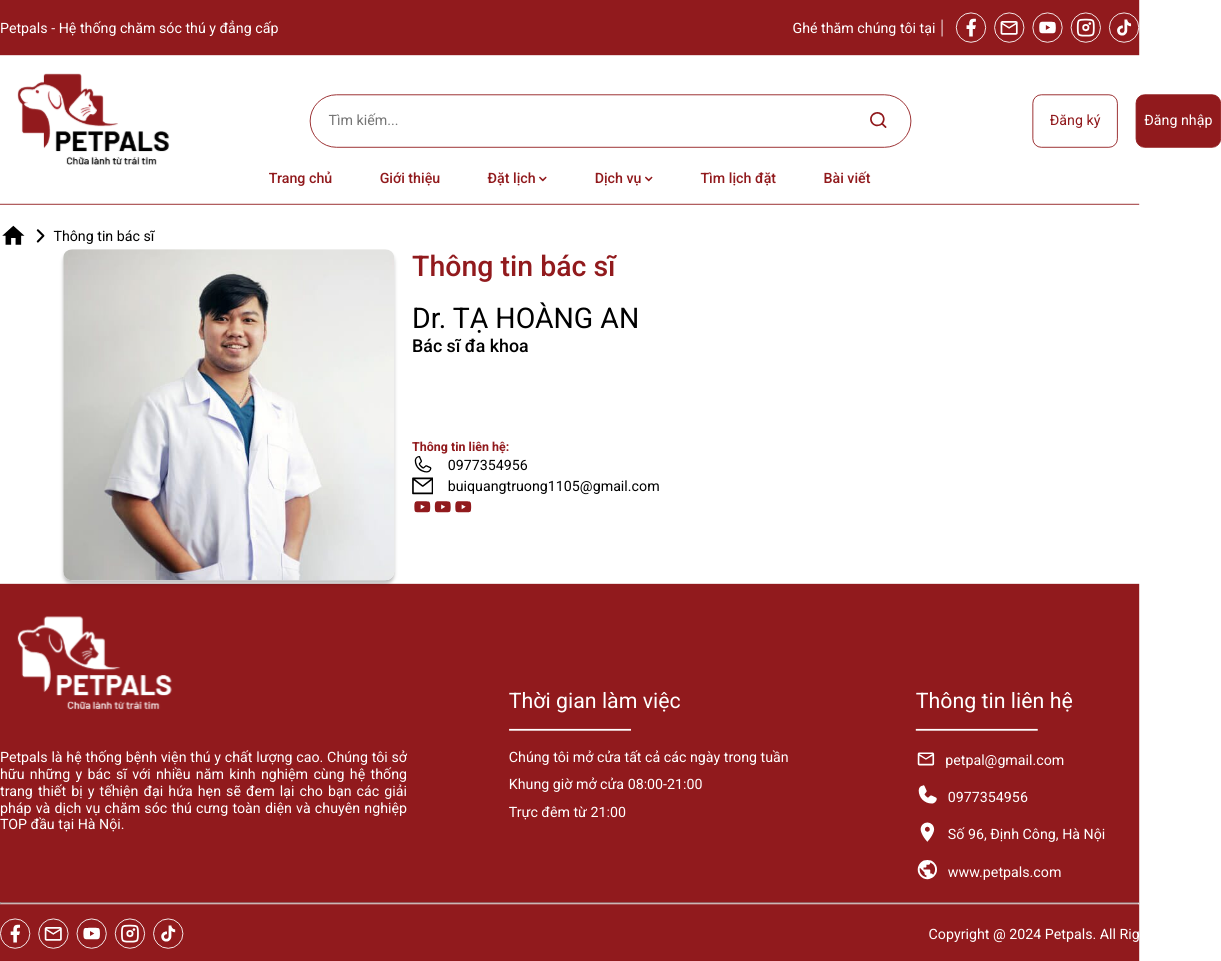
Repository: ahntrung1909/Petpals
Page: /chi-tiet-bac-si (app in petpals-user-main/)
These files come from the project's save history. The page is drawn as it stood at one moment and after the next save; the edit follows.
The browser window is 1280 px wide. The page is 1372 px wide, so the pictures cover 1372 px, including what lies to the right of the window. The pictures show the whole page, at 89% of full size.
The project was rebuilt for these pictures with package versions that can differ from the ones it lists, and the page was loaded fresh each time. The framework's server and built-in components were replaced by stand-ins that run in the browser. Also part of the build but not shown: petpals-user-main/next.config.js, petpals-user-main/next.config.mjs.

Above is the page before, as saved 2024-04-14 13:12:53.

### petpals-user-main/src/app/layout.js
import { Footer } from "@/components/Footer/Footer";
import "./global.scss";
import { Header } from "@/components/Header/Header";
import { ToastContainer } from "react-toastify";
import "react-toastify/dist/ReactToastify.css";
import { Button, ConfigProvider, Space } from "antd";

export const metadata = {
  title: "Petpals - Chữa lành từ trái tim",
  description: "Petpals",
};

export default function RootLayout({ children }) {
  return (
    <html lang="en">
      <body>
        <Header />
        <ToastContainer />
        <ConfigProvider
          theme={{
            token: {
              colorPrimary: "#911A1D",
              fontFamily: "Roboto",
            },
            components: {
              DatePicker: {
                inputFontSize: 16,
              },
              Menu: {
                itemBg: "transparent",
                subMenuItemBg: "transparent",
                activeBarBorderWidth: 0,
                itemSelectedBg: "rgba(145, 26, 29, 0.05)",
                itemBorderRadius: 0,
              },
            },
          }}
        >
          {children}
        </ConfigProvider>
        <Footer />
      </body>
    </html>
  );
}

### petpals-user-main/src/app/chi-tiet-bac-si/page.js
import React from "react";
import "./style.scss";

export default function page() {
  return (
    <main>
      <div className="breadcrumb">
        <img src="/icon/ic_baseline-home.svg" alt="" />
        <img src="/icon/iconamoon_arrow-right-2.svg" alt="" />
        <p>Thông tin bác sĩ</p>
      </div>
      <section className="doctor-information-section">
        <div className="information-wrapper">
          <div className="doctor-img">
            <img src="/img/doctor/hoang_an.jpg" alt="" />
          </div>
          <div className="col-right">
            <div className="information">
              <h3>Thông tin bác sĩ</h3>
              <p className="doctor-name">Dr. TẠ HOÀNG AN</p>
              <p className="doctor-position">Bác sĩ đa khoa</p>
            </div>
            <div className="contact-info">
              <h4>Thông tin liên hệ:</h4>
              <div className="contact-item">
                <img src="/icon/ph_phone.svg" alt="" />
                <p>0977354956</p>
              </div>
              <div className="contact-item">
                <img src="/icon/MailOutlined.svg" alt="" />
                <p>buiquangtruong1105@gmail.com</p>
              </div>
              <div className="social-media">
                <div className="social-media-icon">
                  <img src="/icon/mdi_youtube-brown.svg" alt="" />
                </div>
                <div className="social-media-icon">
                  <img src="/icon/mdi_youtube-brown.svg" alt="" />
                </div>
                <div className="social-media-icon">
                  <img src="/icon/mdi_youtube-brown.svg" alt="" />
                </div>
              </div>
            </div>
          </div>
        </div>
      </section>
    </main>
  );
}

### petpals-user-main/src/components/Footer/Footer.js
import { Socialicon } from "../Socialicon/Socialicon";
import "./style.scss";
export const Footer = () => {
  return (
    <footer>
      <div className="row row-1">
        <div className="logo">
          <img src="/img/logo_am_ban.svg" alt="" />
        </div>
        <div className="working-time">Thời gian làm việc</div>
        <div className=" contact-info">Thông tin liên hệ</div>
      </div>
      <div className="row">
        <div className="about">
          Petpals là hệ thống bệnh viện thú y chất lượng cao. Chúng tôi sở hữu
          những y bác sĩ với nhiều năm kinh nghiệm cùng hệ thống trang thiết bị
          y tếhiện đại hứa hẹn sẽ đem lại cho bạn các giải pháp và dịch vụ chăm
          sóc thú cưng toàn diện và chuyên nghiệp TOP đầu tại Hà Nội.
        </div>
        <ul className="working-time-more">
          <li>Chúng tôi mở cửa tất cả các ngày trong tuần</li>
          <li>Khung giờ mở cửa 08:00-21:00</li>
          <li>Trực đêm từ 21:00</li>
        </ul>
        <ul className="contact-info-more">
          <li className="contact-item">
            <span>
              <img src="/icon/material-symbols_mail-outline.svg" alt="" />
            </span>
            petpal@gmail.com
          </li>
          <li className="contact-item">
            <span>
              <img src="/icon/ph_phone-fill.svg" alt="" />
            </span>
            0977354956
          </li>
          <li className="contact-item">
            <span>
              <img src="/icon/mdi_location.svg" alt="" />
            </span>
            Số 96, Định Công, Hà Nội
          </li>
          <li className="contact-item">
            <span>
              <img src="/icon/mdi_earth.svg" alt="" />
            </span>
            www.petpals.com
          </li>
        </ul>
      </div>
      <hr />
      <div className="footer-bottom">
        <Socialicon />
        <div>Copyright @ 2024 Petpals. All Rights Reverved</div>
      </div>
    </footer>
  );
};

### petpals-user-main/src/app/global.scss
@import url("https://fonts.googleapis.com/css2?family=Roboto:ital,wght@0,100;0,300;0,400;0,500;0,700;0,900;1,100;1,300;1,400;1,500;1,700;1,900&display=swap");
@import "../style/variable";
* {
  padding: 0;
  margin: 0;
  box-sizing: border-box;
}
body {
  font-family: "Roboto", sans-serif;
  font-size: 16px;
}
a {
  text-decoration: none;
  color: black;
}
ul,
li {
  list-style: none;
}
input,
textarea {
  width: 100%;
  border: none;
  outline: none;
  font-family: "Roboto", sans-serif;
  font-size: 16px;
}
img {
  width: 100%;
}
button {
  font-family: "Roboto", sans-serif;
  font-size: 16px;
}
label {
  font-family: "Roboto", sans-serif;
  font-size: 16px;
}

// custom scroll bar
::-webkit-scrollbar-track {
  background-color: #f5f5f5;
}

::-webkit-scrollbar {
  width: 6px;
  height: 6px;
  background-color: #f5f5f5;
}

::-webkit-scrollbar-thumb {
  background-image: linear-gradient($BROWN_500, $RED_500);
  // border-radius: 10px;
}
::-webkit-scrollbar-thumb:horizontal {
  background-image: linear-gradient(to right, $BROWN_500, $RED_500);
  // border-radius: 10px;
}

### petpals-user-main/src/app/chi-tiet-bac-si/style.scss
@import "../../style/variable";
@import "../../style/base";

.doctor-information-section {
  width: 1138px;
  margin: 0 auto;
}
.information-wrapper {
  display: flex;
  gap: 20px;
  .doctor-img {
    img {
      width: 372px;
      height: 372px;
      border-radius: 10px;
      object-fit: cover;
      box-shadow: 0 4px 4px rgba(0, 0, 0, 0.25);
    }
  }
  .col-right {
    height: 327px;
    display: flex;
    flex-direction: column;
    justify-content: space-between;
    .information {
      h3 {
        color: $BROWN_500;
        font-size: 32px;
        font-weight: 500;
        margin-bottom: 20px;
      }
      .doctor-name {
        font-size: 32px;
        font-weight: 400;
      }
      .doctor-position {
        font-size: 20px;
        font-weight: 500;
      }
    }
    .contact-info {
      h4 {
        font-size: 14px;
        color: $BROWN_500;
        display: flex;
        flex-direction: column;
        gap: 16px;
      }
      .contact-item {
        img {
          width: 24px;
          height: 24px;
          margin-right: 6px;
        }
        p {
          font-size: 16px;
        }
      }
      .social-media {
        display: flex;
      }
    }
  }
}

### petpals-user-main/src/components/Socialicon/Socialicon.js
import "./style.scss";
export const Socialicon = () => {
  return (
    <div className="list-social-icon">
      <div className="icon-item">
        <img src="/icon/ri_facebook-fill.svg" alt="icon-facebook" />
      </div>
      <div className="icon-item">
        <img src="/icon/material-symbols_mail-outline.svg" alt="icon-mail" />
      </div>
      <div className="icon-item">
        <img src="/icon/mdi_youtube.svg" alt="icon-youtube" />
      </div>
      <div className="icon-item">
        <img src="/icon/lets-icons_insta.svg" alt="icon-insta" />
      </div>
      <div className="icon-item">
        <img src="/icon/ic_baseline-tiktok.svg" alt="icon-tiktok" />
      </div>
    </div>
  );
};

### petpals-user-main/src/components/Footer/style.scss
@import "../../style/variable";
footer {
  display: block;
  width: 100vw;
  height: 424px;
  background-color: $BROWN_500;
  padding: 20px 0;
}
.row {
  width: 1372px;
  margin: 0 auto;
  display: grid;
  grid-template-columns: repeat(12, 1fr);
  row-gap: 20px;
  color: white;
  margin-bottom: 20px;
}
.row-1 {
  align-items: flex-end;
}
.logo {
  width: 214px;
  grid-column: 1/5;
}
.working-time {
  grid-column: 6/10;
  position: relative;
  font-size: 24px;
  padding-bottom: 20px;
  &::after {
    content: "";
    width: 137px;
    height: 2px;
    background-color: white;
    position: absolute;
    left: 0;
    bottom: 0;
  }
}
.contact-info {
  position: relative;
  grid-column: 10/13;
  font-size: 24px;
  padding-bottom: 20px;
  &::after {
    content: "";
    width: 137px;
    height: 2px;
    background-color: white;
    position: absolute;
    left: 0;
    bottom: 0;
  }
}
.about {
  grid-column: 1/5;
  text-align: justify;
}
.working-time-more {
  grid-column: 6/10;
  display: flex;
  flex-direction: column;
  gap: 12px;
}
.contact-info-more {
  grid-column: 10/13;
  display: flex;
  flex-direction: column;
  gap: 12px;
}
.contact-item {
  display: flex;
  gap: 10px;
  align-items: center;
}
.footer-bottom {
  width: 1372px;
  margin: 0 auto;
  margin-top: 16px;
  color: white;
  display: flex;
  align-items: center;
  justify-content: space-between;
}

### petpals-user-main/src/style/_variable.scss
$BROWN_50: rgb(244, 232, 232);
$BROWN_100: rgb(221, 184, 185);
$BROWN_200: rgb(204, 150, 151);
$BROWN_300: rgb(181, 102, 104);
$BROWN_400: rgb(167, 72, 74);
$BROWN_500: rgb(145, 26, 29);
$BROWN_600: rgb(132, 24, 26);
$BROWN_700: rgb(103, 18, 21);
$BROWN_800: rgb(80, 14, 16);
$BROWN_900: rgb(61, 11, 12);
$RED_50: rgb(255, 247, 247);
$RED_100: rgb(255, 230, 231);
$RED_200: rgb(255, 217, 219);
$RED_300: rgb(255, 200, 202);
$RED_400: rgb(255, 189, 192);
$RED_500: rgb(255, 173, 176);
$RED_600: rgb(232, 157, 160);
$RED_700: rgb(181, 123, 125);
$RED_800: rgb(140, 95, 97);
$RED_900: rgb(107, 73, 74);
$BROWN_DARK_50: rgb(236, 233, 233);
$BROWN_DARK_100: rgb(195, 186, 186);
$BROWN_DARK_200: rgb(165, 152, 152);
$BROWN_DARK_300: rgb(124, 105, 106);
$BROWN_DARK_400: rgb(99, 76, 77);
$BROWN_DARK_500: rgb(60, 31, 32);
$BROWN_DARK_600: rgb(55, 28, 29);
$BROWN_DARK_700: rgb(43, 22, 23);
$BROWN_DARK_800: rgb(33, 17, 18);
$BROWN_DARK_900: rgba(25, 13, 13, 0.2);

### petpals-user-main/src/components/Header/style.scss
@import "../../style/_variable";

header {
  height: 230px;
  border-bottom: 1px solid $BROWN_500;
}
div:has(.wrap):nth-child(1) {
  background-color: $BROWN_500;
  height: 62px;
  display: flex;
  align-items: center;
}
.wrap {
  width: 1372px;
  margin: 0 auto;
}
.top-header {
  display: flex;
  justify-content: space-between;
  align-items: center;
  color: white;
}
.social-connect {
  display: flex;
  align-items: center;
  gap: 15px;
}
.social-connect > p {
  padding: 0px 7px;
  border-right: 1px solid white;
}
div:has(.wrap):nth-child(2) {
  padding-top: 18px;
}
.main-header {
  display: flex;
  align-items: center;
  justify-content: space-between;
}
.petpals-logo {
  display: block;
  width: 211px;
  height: 111px;
}
.header-main-right {
  display: flex;
  width: 1024px;
  justify-content: space-between;
  align-items: center;
}
.search-input {
  display: flex;
  position: relative;

  input {
    width: 676px;
    height: 60px;
    padding: 0px 60px 0px 20px;
    border: 1px solid $BROWN_500;
    border-radius: 99px;
    display: flex;
    justify-content: center;
    align-items: center;
  }
  .icon-item {
    right: 20px;
    top: 50%;
    transform: translateY(-50%);
    position: absolute;
    cursor: pointer;
  }
}
.btn-group {
  display: flex;
  gap: 20px;
  text-align: center;
  .btn {
    display: flex;
    justify-content: center;
    align-items: center;
    width: 96px;
    height: 60px;
    border: 1px solid $BROWN_500;
    border-radius: 10px;
    color: $BROWN_500;
  }
  .btn:nth-child(1):hover {
    background-color: $BROWN_500;
    color: white;
  }
  .btn:nth-child(2) {
    color: white;
    background-color: $BROWN_500;
    &:hover {
      background-color: $BROWN_300;
    }
  }
}
.nav {
  display: flex;
  align-items: center;
  justify-content: space-between;
  width: 676px;
  margin: 0 auto;
  color: $BROWN_500;
  font-weight: 500;
  z-index: 99;

  &-item {
    display: flex;
    position: relative;
    align-items: center;
    cursor: pointer;
    padding-bottom: 8px;
    &.active > span,
    &.active > a {
      font-weight: 900;
    }
    &:hover .sub-nav:not(.nav-2) {
      display: flex;
    }
    span {
      display: flex;
      justify-content: center;
      align-items: center;
      color: $BROWN_500;
    }
    a {
      display: flex;
      justify-content: center;
      align-items: center;
      color: $BROWN_500;
      width: 100%;
      height: 100%;
    }
    &:hover > a {
      color: $RED_500;
    }
    &:hover > span {
      color: $RED_500;
    }
  }
}
.sub-nav {
  position: absolute;
  z-index: 99;
  top: 100%;
  left: 0;
  border-radius: 10px;
  box-shadow: 0 15px 15px 15px rgba(0, 0, 0, 0.05);
  box-shadow: 0 15px 15px rgba(0, 0, 0, 0.1);
  border: 0.5px solid rgba(0, 0, 0, 0.15);
  background-color: white;
  padding: 8px;
  display: none;
  flex-direction: column;
  gap: 8px;
  &.nav-2 {
    position: absolute;
    top: 0;
    left: 100%;
    transform: translate(8px, -8px);
    display: none;
  }
  &-item {
    position: relative;
    display: flex;
    align-items: center;
    justify-content: space-between;
    &::after {
      content: "";
      width: 8px;
      height: 100%;
      position: absolute;
      top: 0;
      right: -8px;
    }
    &:hover {
      background-color: rgba(0, 0, 0, 0.05);
    }
    &:hover .sub-nav.nav-2 {
      display: flex;
    }
    a {
      width: 100%;
      height: 100%;
      display: flex;
      justify-content: left;
      padding: 12px 16px;
    }
    span {
      padding: 12px 16px;
    }
    &-active > span,
    &-active > a {
      font-weight: 600;
    }
  }
}
.user-login-controller {
  display: flex;
  align-items: center;
  gap: 8px;
  cursor: pointer;
  position: relative;

  &:hover .sub-nav {
    display: flex;
    left: inherit;
    right: 0;
  }
  .user-img {
    width: 56px;
    height: 56px;
    img {
      border-radius: 50%;
    }
  }
}
.icon-bell {
  width: 30px;
  height: 30px;
  position: relative;
  .number-bell {
    position: absolute;
    top: 0;
    right: 0;
    transform: translate(36%, -30%);
    width: 20px;
    height: 20px;
    font-size: 12px;
    font-weight: 500;
    color: white;
    display: flex;
    justify-content: center;
    align-items: center;
    background-color: $RED_500;
    border-radius: 50%;
  }
  .menu-bell {
    display: none;
    position: absolute;
    right: 0;
    bottom: -20px;
    transform: translateY(100%);
    background-color: white;
    width: 554px;
    height: 468px;
    padding: 20px;
    border-radius: 10px;
    z-index: 99;
    box-shadow: 0 0 8px 4px rgba(0, 0, 0, 0.2);
    &.menu-bell-active {
      display: block;
    }
    ::after {
      content: "";
      width: 20px;
      height: 20px;
      background-color: white;
      position: absolute;
      right: 14px;
      top: 0;
      transform: translate(0, -50%);
      rotate: 45deg;
    }
    h3 {
      text-transform: uppercase;
      color: $BROWN_500;
      font-size: 22px;
      margin-bottom: 10px;
    }
    .menu-item {
      display: flex;
      flex-direction: column;
      gap: 10px;
      padding: 8px 0;
      border-bottom: 1px solid rgba(0, 0, 0, 0.25);
      &:hover {
        background-color: $BROWN_50;
      }
      .content {
        font-size: 20px;
      }
      .time {
        font-size: 12px;
      }
      span {
        text-align: left;
        padding: 0 8px;
      }
    }
    .container {
      height: 400px;
      overflow: scroll;
    }
  }
  .overlay {
    display: none;
    position: fixed;
    width: 100vw;
    height: 100vh;
    inset: 0;
    z-index: 20;
    background-color: rgba(0, 0, 0, 0.25);
    cursor: pointer;
    &.overlay-active {
      display: block;
    }
  }
}

### petpals-user-main/src/style/_base.scss
.section-heading {
  width: fit-content;
  margin: 60px auto;
  color: $BROWN_500;
  position: relative;
  font-size: 24px;
  font-weight: 800;
  text-transform: uppercase;
  &::after {
    content: "";
    width: 80%;
    height: 3px;
    position: absolute;
    bottom: -16px;
    left: 50%;
    transform: translateX(-50%);
    background-color: $BROWN_500;
  }
}
.breadcrumb {
  width: 1372px;
  margin: 0 auto;
  display: flex;
  align-items: center;
  padding-top: 20px;
  img {
    width: 30px;
    height: 30px;
  }
}

### petpals-user-main/src/components/Socialicon/style.scss
.list-social-icon {
  display: flex;
  gap: 9px;
}
.icon-item {
  width: 34px;
  height: 34px;
  border: 1px solid white;
  padding: 4px;
  border-radius: 99px;
  display: flex;
  justify-content: center;
  align-items: center;
}

Loaded but not shown: petpals-user-main/src/components/Header/Header.js (334 lines, source omitted)

After the next save:
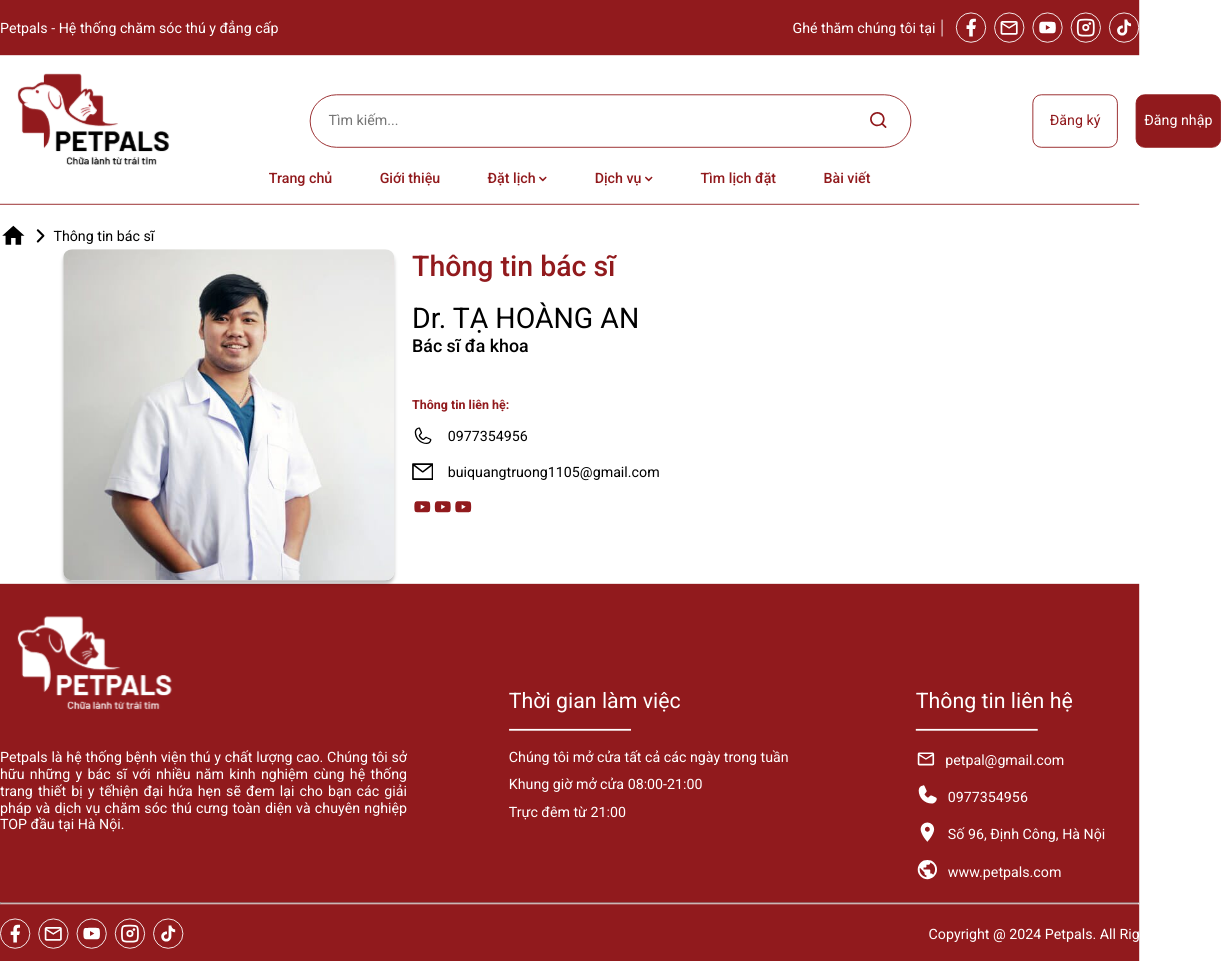
Saved 12 s later.
--- a/petpals-user-main/src/app/chi-tiet-bac-si/style.scss
+++ b/petpals-user-main/src/app/chi-tiet-bac-si/style.scss
@@ -39,12 +39,12 @@
       }
     }
     .contact-info {
+      display: flex;
+      flex-direction: column;
+      gap: 16px;
       h4 {
         font-size: 14px;
         color: $BROWN_500;
-        display: flex;
-        flex-direction: column;
-        gap: 16px;
       }
       .contact-item {
         img {
